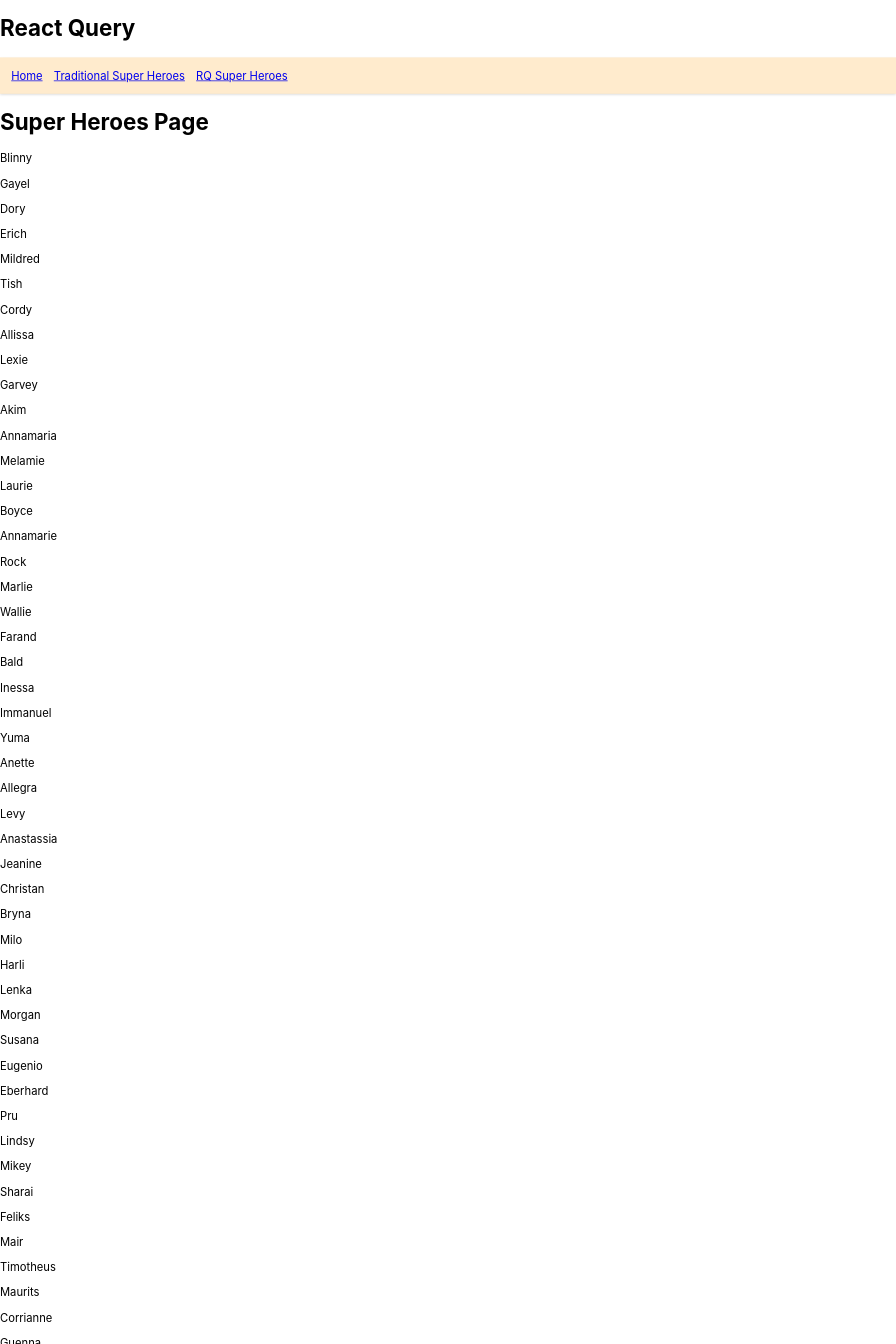
Repository: maescode/simple-react-admin-dashboard
Page: /super-heroes
An editor plug-in stored every save of this project. The page is shown before and after the next save, followed by the edit.
The browser window is 1280 px wide. The pictures show the part of the page from y = 0 to 1920 px (the page is 36216 px tall before and 20216 px after), at 70% of full size.
The project was rebuilt for these pictures with package versions that can differ from the ones it lists, and the page was loaded fresh each time. Requests to the local data server were answered from the project's data file. Also part of the build but not shown: src/components/table.css, src/react-tables/components/BasicTable.js, src/react-tables/components/PaginationTable.js, src/react-query/components/Home.Page.js, src/react-query/components/RQSuperHeroes.Page.js. Imported but missing from the stored project, and not drawn on this page: src/react-tables/components/columns.

Above is the page before, as saved 2022-07-26 18:29:43.

After the next save:
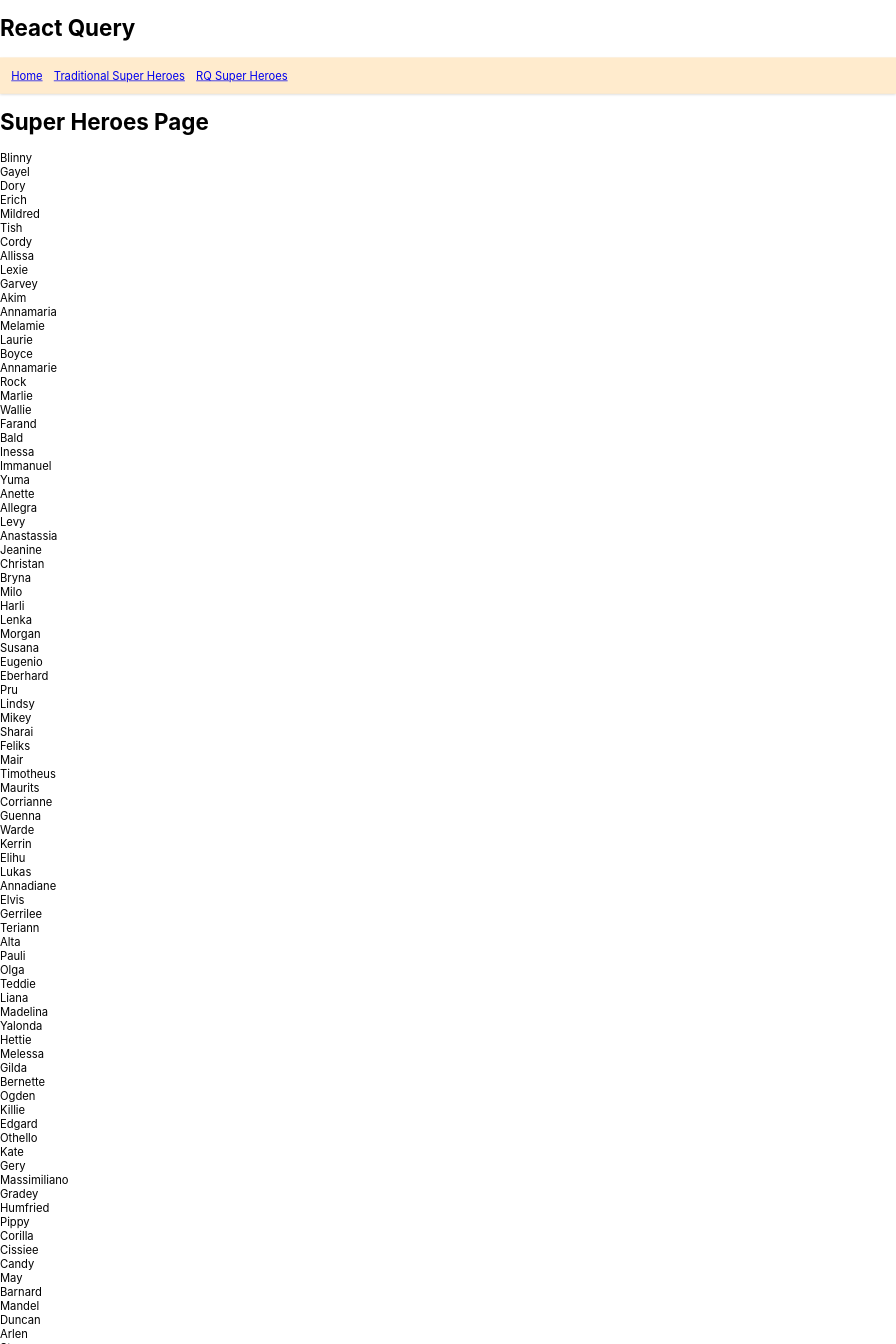
Saved 67 s later.
--- a/src/react-query/components/SuperHeroes.page.js
+++ b/src/react-query/components/SuperHeroes.page.js
@@ -20,7 +20,7 @@
     <div>
       <h1>Super Heroes Page</h1>
       {data.map((hero) => {
-        return <p key={hero.first_name}>{hero.first_name}</p>;
+        return <div key={hero.first_name}>{hero.first_name}</div>;
       })}
     </div>
   );
